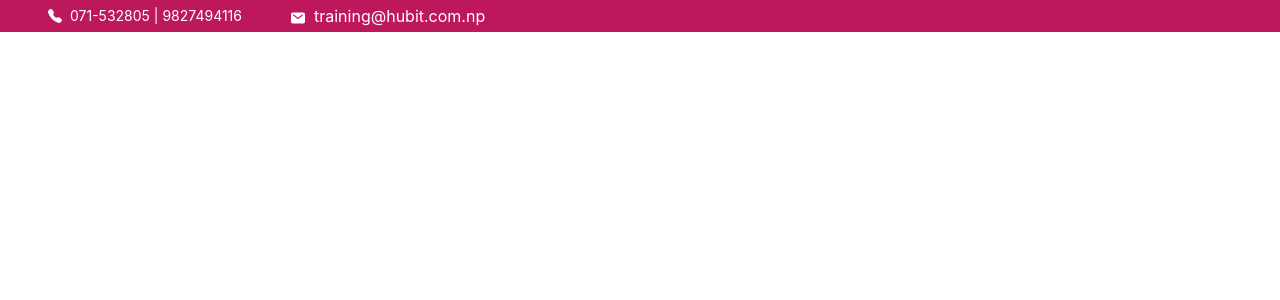
Repository: Sushant203/react-training-
Page: /
An editor plug-in stored every save of this project. The page is shown before and after the next save, followed by the edit.
The browser window is 1280 px wide. The pictures show the whole page.
The project was rebuilt for these pictures with package versions that can differ from the ones it lists, and the page was loaded fresh each time. Also part of the build but not shown: src/App.css.

Above is the page before, as saved 2022-12-15 00:58:12.

### src/App.js

import './App.css';
import UpperNav from './components/UpperNav';

function App() {
  return (
    <div>
      <UpperNav />
    </div>
  );
}

export default App;

### src/components/UpperNav.jsx
import React from "react";
import { BsFillTelephoneFill } from "react-icons/bs";
import { IoMail } from "react-icons/io5";
const UpperNav = () => {
  return (
    <div>
      <div className="bg-pink-700 align-center px-2 text-white text-sm">
        <div className="flex">
          <div className="flex gap-2 items-center mx-10">
            <BsFillTelephoneFill className="text-white" />
            <p>071-532805 | 9827494116</p>
          </div>
          <div className="flex gap-2 items-center px-2 py-1 text-base">
            <IoMail className="mt-1" />
            <p>training@hubit.com.np</p>
          </div>
        </div>
        <div></div>
      </div>

      <div></div>
    </div>
  );
};

export default UpperNav;

Loaded but not shown: public/index.html (common file); src/index.js (common file); src/index.css (common file); src/reportWebVitals.js (common file); tailwind.config.js (common file)

After the next save:
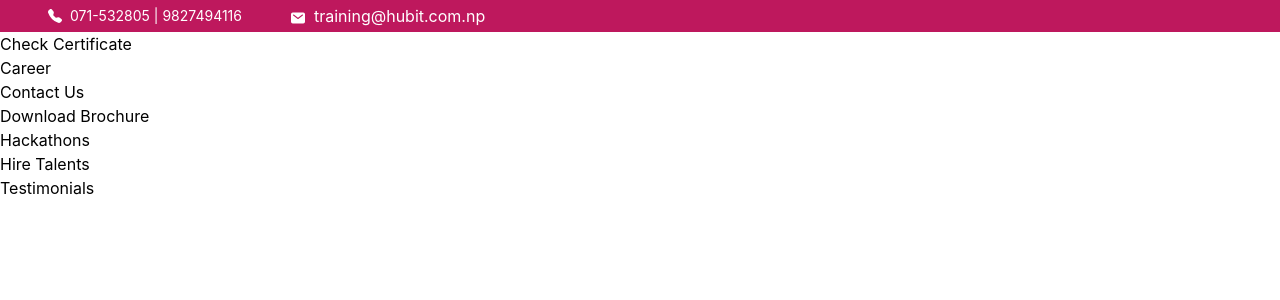
Saved 5 min 8 s later.
--- a/src/components/UpperNav.jsx
+++ b/src/components/UpperNav.jsx
@@ -15,10 +15,20 @@ const UpperNav = () => {
             <p>training@hubit.com.np</p>
           </div>
         </div>
-        <div></div>
       </div>
 
-      <div></div>
+      {/* right section */}
+      <div>
+        <div>
+          <div>Check Certificate</div>
+          <div>Career</div>
+          <div>Contact Us</div>
+          <div>Download Brochure</div>
+          <div>Hackathons</div>
+          <div>Hire Talents</div>
+          <div>Testimonials</div>
+        </div>
+      </div>
     </div>
   );
 };
